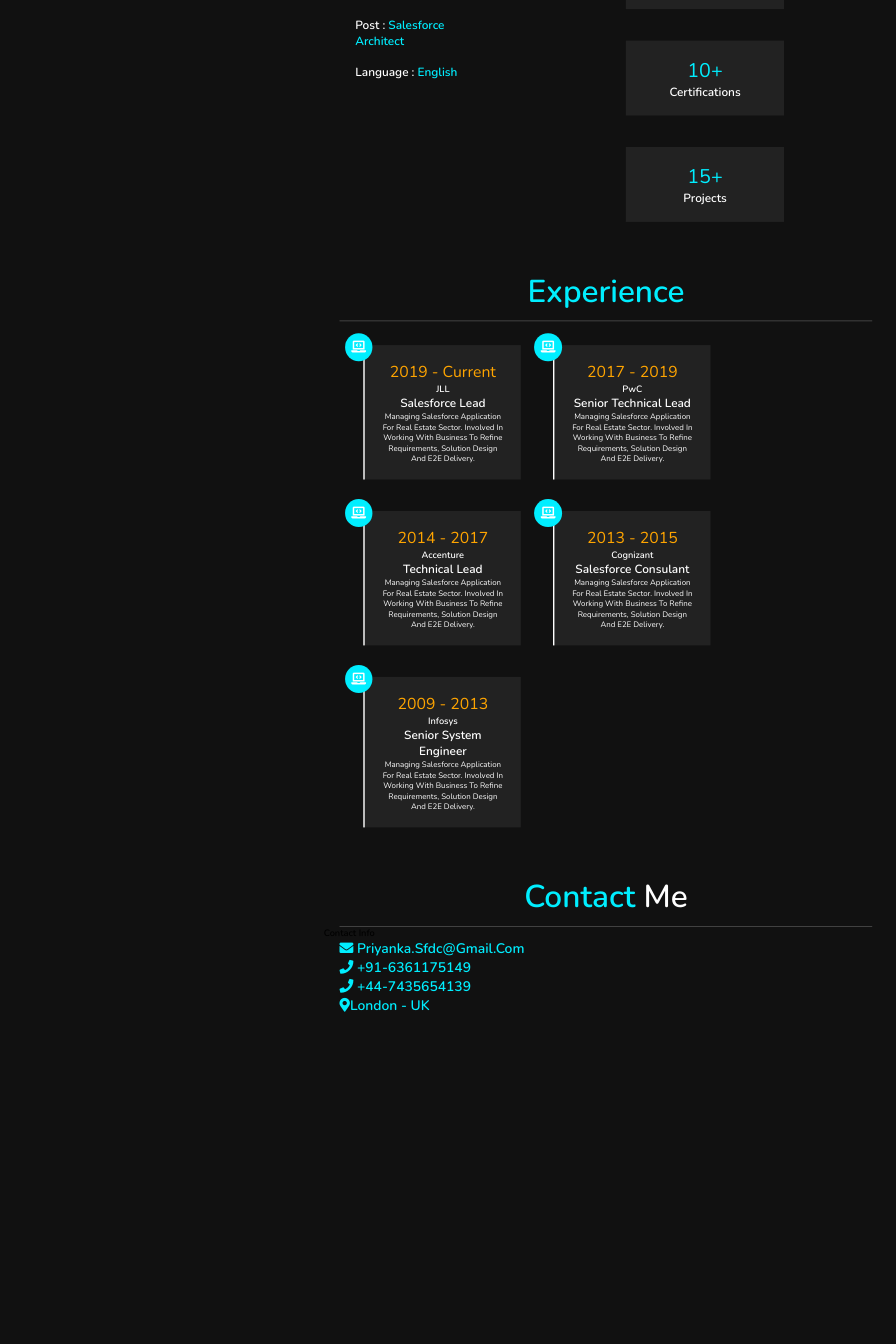
Repository: priyanka-bishnoi/PortfolioPage
Page: MyPage.html
An editor plug-in stored every save of this project. The page is shown before and after the next save, followed by the edit.
The browser window is 1280 px wide. The pictures show the part of the page from y = 1120 to 3040 px (the page is 3068 px tall before and 3000 px after), at 70% of full size.

Above is the page before, as saved 2022-10-09 15:37:55.

### MyPage.html
<!DOCTYPE html>
<html>
<head>
     <!-- font awesome cdn link  -->
     <link rel="stylesheet" href="https://cdnjs.cloudflare.com/ajax/libs/font-awesome/5.15.2/css/all.min.css">
    <link rel="stylesheet" href="css/style.css">

</head>
<body>
<header>
    <div class= "user">
        <img src="Background1.jpg"/>
        <h1 class="name" >Priyanka Bishnoi</h1>
        <p class="post" >Salesforce Consultant</p>
    </div>

    <nav class="navBar">
        <ul>
            <li> <a href="#home">Home</a></li>
            <li> <a href="#about">About</a></li>
            <li> <a href="#experience">Experience</a></li>
            <li> <a href="#portfolio">Portfolio</a></li>
            <li> <a href="#contact">Contact</a></li>

        </ul>


    </nav>


</header>

<!-- Home-->

<section class="home" id="home">

    <h3>HI THERE !</h3>
    <h1>I'M <span>Priyanka Bishnoi</span></h1>
    <p>Lorem ipsum dolor sit amet consectetur adipisicing elit. Distinctio deserunt aspernatur fugiat minus enim ullam repudiandae sint sed magnam tenetur! Lorem ipsum dolor sit amet consectetur adipisicing elit. Necessitatibus, at.
    </p>
    <a href="#about"><button class="btn">about me </button></a>


</section>

<section class="about" id="about">
<h1 class="heading"> <span>About </span>Me</h1>

<div class="row">
    <div class="info">
        <h3>  name : <span> priyanka bishnoi </span></h3>
        <h3> qualification :  <span> BE (IT) </span> </h3>
        <h3>  post : <span>Salesforce Architect </span>  </h3>
        <h3> language :<span> English  </span>  </h3>
    </div>

    <div class="counter">
        <div class="box">
            <span>13+</span>
            <h3>years of IT experience</h3>
        </div>

        <div class="box">
            <span>10+</span>
            <h3>years of Salesforce Experience</h3>
        </div>

        <div class="box">
            <span>10+</span>
            <h3>Certifications</h3>
        </div>

        <div class="box">
            <span>15+</span>
            <h3>Projects</h3>
        </div>
    </div>
</div>
</section>

<section class="experience" id="experience">

        <h1 class="heading"> <span>Experience </span></h1>

        <div class="exp">
                <div class="box">
                    <i class="fas fa-laptop-code"></i>
                    <span>2019 - Current</span>
                    <h3>JLL</h3>
                    <h2>Salesforce Lead</h2>
                    <p>Managing Salesforce application for Real Estate Sector. Involved in working with business to refine requirements, solution design and E2E delivery.</p>
                </div>
                <div class="box">
                    <i class="fas fa-laptop-code"></i>
                    <span>2017 - 2019</span>
                    <h3>PwC</h3>
                    <h2>Senior Technical Lead</h2>
                    <p>Managing Salesforce application for Real Estate Sector. Involved in working with business to refine requirements, solution design and E2E delivery.</p>
                </div>
                <div class="box">
                    <i class="fas fa-laptop-code"></i>
                    <span>2014 - 2017</span>
                    <h3>Accenture</h3>
                    <h2>Technical Lead</h2>
                    <p>Managing Salesforce application for Real Estate Sector. Involved in working with business to refine requirements, solution design and E2E delivery.</p>
                </div>
                <div class="box">
                    <i class="fas fa-laptop-code"></i>
                    <span>2013 - 2015</span>
                    <h3>Cognizant</h3>
                    <h2>Salesforce Consulant</h2>
                    <p>Managing Salesforce application for Real Estate Sector. Involved in working with business to refine requirements, solution design and E2E delivery.</p>
                </div>
                <div class="box">
                    <i class="fas fa-laptop-code"></i>
                    <span>2009 - 2013</span>
                    <h3>Infosys</h3>
                    <h2>Senior System Engineer</h2>
                    <p>Managing Salesforce application for Real Estate Sector. Involved in working with business to refine requirements, solution design and E2E delivery.</p>
                </div>


        </div>

</section>


<section class="contact" id="contact">
    <h1 class="heading"> <span>Contact </span>Me</h1>

    <div class="row">
        <div class="content">

            <h3 class="title">contact info</h3>

            <div class="info">
                <h3> <i class="fas fa-envelope"></i> priyanka.sfdc@gmail.com </h3>
                <h3> <i class="fas fa-phone"></i> +91-6361175149</h3>
                <h3> <i class="fas fa-phone"></i> +44-7435654139 </h3>
                <h3> <i class="fas fa-map-marker-alt"></i>London - UK </h3>
            </div>

        </div>
    </div>
</section>


</body>
</html>

### css/style.css
@import url('https://fonts.googleapis.com/css2?family=Nunito:wght@200;300;400;600&display=swap');
:root{
    --orange:rgb(0, 238, 255);
}
*{
    font-family: 'Nunito', sans-serif;
    margin:0;
    padding:0;
    box-sizing:border-box;
    text-decoration:none;
    text-transform:capitalize;
    transition:all .2s linear;
}
html {
    font-size:70.5%;
    overflow-x:hidden;
}
body{
    background:#111;
    overflow-x: hidden;
    padding-left: 40rem;
}

section{
    min-height: 100vh;
    padding:1rem;
}

.btn{
    padding:.7rem 3rem;
    background:#333;
    color:#fff;
    cursor: pointer;
    margin-top: 1rem;
    font-size: 1.5rem;
    border-radius: 5rem;
}

.btn:hover{
    background:var(--orange);
}

.heading{
    text-align: center;
    margin:0 2rem;
    font-size: 4rem;
    padding:1rem;
    border-bottom: .1rem solid #fff4;
    color:#fff;
}

.heading span{
    color:var(--orange);
}

header {
    position:fixed;
    top:0; left:0;
    z-index:1000;
    height:100%;
    width:35rem;
    background:black;
    display:flex;
    align-items: center;
    justify-content: center;
    flex-flow: column;
    text-align: center;
}

header .user img {
    height: 17rem;
    width: 17rem;
    border-radius: 50%;
    object-fit: cover;
    margin-bottom: 1rem;
    border: 0.7rem solid var(--orange);
}
header .user .name {
    font-size: 2.5rem;
    color: antiquewhite;
}
header .user .post{
    font-size: 2rem;
    color: antiquewhite;
}

header .navBar {
    font-size : 2rem;
}
header .navBar ul{
    list-style: none;
    padding:1rem 2rem;
}
header .navBar ul li a{
    display: block;
    padding:1rem;
    margin:1.5rem 0;
    background:#333;
    color:#fff;
    font-size: 1.5rem;
    border-radius: 5rem;
}

header .navBar ul li a:hover{
    background:rgb(0, 238, 255);
}


.home{
    display: flex;
    justify-content: center;
    flex-flow: column;
    padding:0 15rem;
}

.home h3{
    font-size: 2rem;
    color:#fff;
}

.home h1{
    font-size:2rem;
    color:#fff;
}

.home h1 span{
    color:var(--orange);
}

.home p{
    font-size:1.8rem;
    color:#eee;
    padding: 1rem 0;
}

.about {
 color:white;
}
.about .row {
    display: flex;
    justify-content: flex-start;
    flex-wrap: nowrap;
    padding: 1rem 0;
    flex-direction: row;
    align-content: space-around;
    align-items: center;
}
.about .row .info {

    display: block;
    justify-content: center;
    padding-left: 1rem;
    padding-top: 0rem;
    padding-right: 1rem;
    margin: 0 1rem;
    font-size: 1.5rem;

}
.about h3 span{
    color:var(--orange);
}
.about .row .info h3 {

    display: block;
    justify-content: center;
    padding: 1rem;
    margin: 0 1rem;
    font-size: 1.5rem;

}

.about .row .counter{
    flex:1 1 48rem;
    display: flex;
    justify-content: center;
    flex-wrap: wrap;
}

.about .row .counter .box{
    width:20rem;
    background:#222;
    text-align: center;
    padding: 2rem;
    margin:2rem;
}

.about .row .counter .box span{
    font-size: 2.5rem;
    color:var(--orange);
}

.about .row .counter .box h3{
    font-size: 1.5rem;
    color:#fff;
}

.experience {
    color:white;
   }
.experience .exp {
    display: flex;
    justify-content: left;
    flex-wrap: wrap;
    padding: 1rem 0;
    padding-left: 3rem;
    /* flex-direction: row; */
    /* align-content: space-around; */
    align-items: center;
}

.experience .exp .box {
    width: 20rem;
    background: #222;
    text-align: center;
    padding: 2rem;
    margin: 2rem;
    border-left: .2rem solid #fff;
    position: relative;
}

.experience .exp .box i{
    position: absolute;
    top:-1.5rem; left:-2.5rem;
    height:3.5rem;
    width: 3.5rem;
    border-radius: 50%;
    line-height: 3.5rem;
    text-align: center;
    font-size: 1.5rem;
    color:#fff;
    background:var(--orange);
}

.experience .exp .box span{

    text-align: center;
    font-size: 2rem;
    color:orange;
}

.contact .row .content .info {

    display: block;
    justify-content: center;
    padding-left: 1rem;
    padding-top: 0rem;
    padding-right: 1rem;
    margin: 0 1rem;
    font-size: 1.5rem;
    color:var(--orange);

}
.contact h3 span{
    color:var(--orange);
}

After the next save:
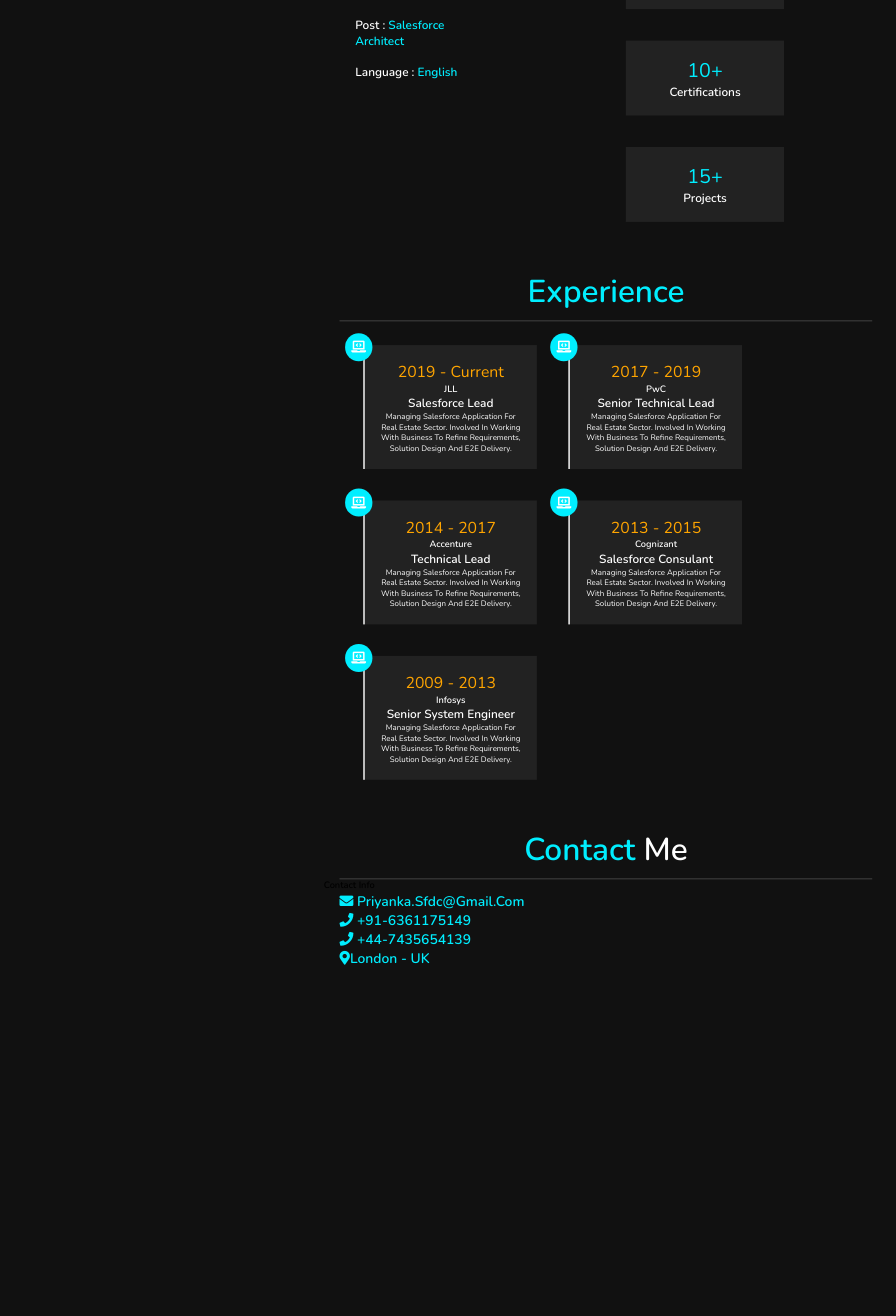
Saved 21 s later.
--- a/css/style.css
+++ b/css/style.css
@@ -209,7 +209,7 @@ header .navBar ul li a:hover{
 }
 
 .experience .exp .box {
-    width: 20rem;
+    width: 22rem;
     background: #222;
     text-align: center;
     padding: 2rem;
